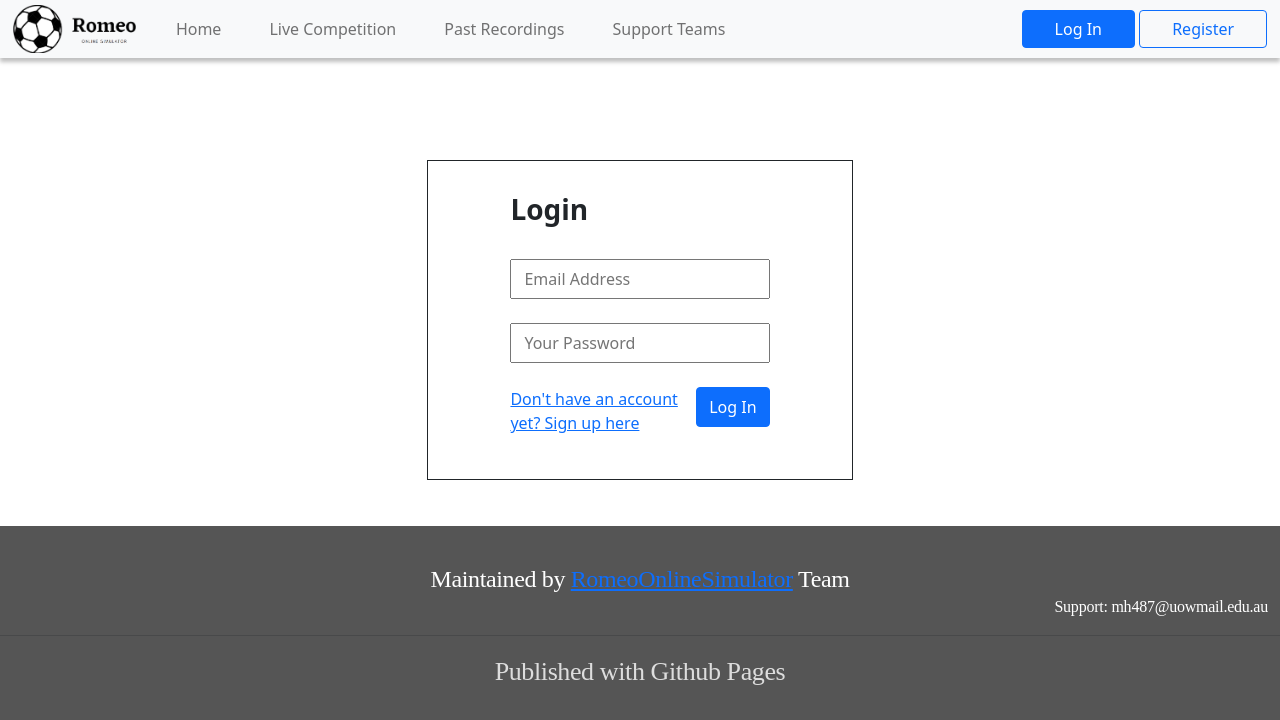
Repository: romeoonlinesim/romeoonlinesim.github.io
Page: login.html
The author's editor kept a copy of each file at every save. The page is drawn from the files as they stood at one save, then again after the next save.
The browser window is 1280 px wide. The pictures show the whole page.

Above is the page before, as saved 2021-05-19 16:15:23.

### login.html
<!DOCTYPE html>
<html>
<head>
    <meta content="text/html;charset=utf-8" http-equiv="Content-Type">
    <meta content="utf-8" http-equiv="encoding">

    <!-- Bootstrap 5 link -->
    <link href="https://cdn.jsdelivr.net/npm/bootstrap@5.0.1/dist/css/bootstrap.min.css" rel="stylesheet" integrity="sha384-+0n0xVW2eSR5OomGNYDnhzAbDsOXxcvSN1TPprVMTNDbiYZCxYbOOl7+AMvyTG2x" crossorigin="anonymous">
    <!-- CSS Styling -->
    <style>
        .navbar {
            padding-left:1%;
            padding-right:1%;
            padding-top: 0%;
            padding-bottom:0%;
            box-shadow: 0px 4px 4px rgba(0, 0, 0, 0.25);
        }

        .navbar-nav > li{
            padding-left:16px;
            padding-right:16px;
        }

        .navbar-right > a {
            padding-left:32px;
            padding-right:32px;
        }

        #logo {
            max-height: 3rem;
            width:auto;
        }

        .background-img {
            max-width: 100%;
            height: auto;
        }

        .text {
            align-items: center;
            display:grid;
            grid-row-gap: 0%;
        }

        h3 {
            font-weight: bold;
        }

        .para {
            font-family: Montserrat;
            font-style: normal;
            font-weight: normal;
            font-size: 32px;
            line-height: 50px;
            margin-bottom: 0%;
            /* or 139% */

            letter-spacing: -0.015em;

            color: rgba(0, 0, 0, 0.8);
        }

        .row {
            padding-bottom: 3%;
        }

        .no-padding {
            padding-bottom: 1%;
        }

        .footer {
            background: #555555;
            max-height: min-content;
            position: absolute;
            bottom: 0;
            width: 100%;
        }

        .support-text {

            font-family: Comfortaa;
            font-style: normal;
            font-weight: normal;
            font-size: 24px;
            line-height: 32px;

            align-items: center;
            text-align: center;
            letter-spacing: -0.015em;

            color: #FFFFFF;
            padding-bottom: 0%;
            margin-bottom: 0%;
        }

        .support-email {
            font-family: Comfortaa;
            font-style: normal;
            font-weight: normal;
            font-size: 16px;
            align-items: center;
            text-align: right;
            letter-spacing: -0.015em;

            color: #FFFFFF;
        }

        .github-text {
            font-family: Montserrat;
            font-style: normal;
            font-weight: normal;
            font-size: 26px;

            text-align: center;
            letter-spacing: -0.015em;

            color: rgba(255, 255, 255, 0.8);
        }



        .passwordInput{
            margin-top: 5%;
            text-align :center;
        }

        .no-display{
            display: none;
        }

        .container {
            border-style:solid;
            border-width: 1px;
            margin-top:8%;
        }

        #box {
            width:600px;
            position:absolute;
            top: 50%;
            left: 50%;
            transform: translate(-50%, -50%);

        }

        .box {
            justify-content: space-between;
        }

        input {
            height: 2.5rem;
        }

        .input-name {
            width: 45%;
            text-indent: 10px;
        }

        .input-others {
            width: 100%;
            text-indent: 10px;
        }

        .already {
            display: table;
            flex-grow: 1;
        }

        meter {/* Reset the default appearance */
            -webkit-appearance: none;
            -moz-appearance: none;
            appearance: none;

            margin: 0 auto 1em;
            width: 100%;
            height: .5em;

            /* Applicable only to Firefox */
            background: none;
            background-color: rgba(0,0,0,0.1);
        }

        meter::-webkit-meter-bar {
            background: none;
            background-color: rgba(0,0,0,0.1);
        }

        meter[value="1"]::-webkit-meter-optimum-value { background: red; }
        meter[value="2"]::-webkit-meter-optimum-value { background: yellow; }
        meter[value="3"]::-webkit-meter-optimum-value { background: orange; }
        meter[value="4"]::-webkit-meter-optimum-value { background: green; }

        meter[value="1"]::-moz-meter-bar { background: red; }
        meter[value="2"]::-moz-meter-bar { background: yellow; }
        meter[value="3"]::-moz-meter-bar { background: orange; }
        meter[value="4"]::-moz-meter-bar { background: green; }
    </style>


</head>
<body>
    <!--div class="d-flex text-danger justify-content-center">
        <h4 style="margin-top: 10%; text-align :center">
            Password Strength Checker
        </h4>
        <br />
        <input type="password" placeholder="Type your password" id="Pass" class="form-control passwordInput">
        <br />
        <span id="strengthDisp" class="badge displayBadge">Weak</span>
        <br />
    </div-->

    <div class="navbar navbar-expand-lg navbar-light bg-light">
        <a href="#default" class = "navbar-brand">
            <img id="logo" src="img/logo-romeo-header.png">
        </a>
        <div class="collapse navbar-collapse" id="navbarSupportedContent">
            <ul class="navbar-nav mr-auto">
                <li class="nav-item">
                    <a class="nav-link" href="index.html">Home</a>
                </li>
                <li class="nav-item">
                    <a class="nav-link" href="#livecompetition">Live Competition</a>
                </li>
                <li class="nav-item">
                    <a class="nav-link" href="#recording">Past Recordings</a>
                </li>
                <li class="nav-item">
                    <a class="nav-link" href="teams.html">Support Teams</a>
                </li>
            </ul>
        </div>
        <div class="navbar-right">
            <a href="login.html" class="btn btn-primary">Log In</a>
            <a href="register.html" class="btn btn-outline-primary">Register</a>
        </div>
    </div>

    <div class="container col-lg-4">
        <div class="row p-3"></div>
        <div class="row">
            <div class="col-lg-2"></div>
            <div class="col-lg-8">
                <h3 class="pb-4">Login</h3>
                <div class="pb-4">
                    <input type="text" class="input-others" name="email" placeholder="Email Address" />
                </div>
                <div class="pb-4">
                    <input id="password" type="password" class="input-others" name="password" placeholder="Your Password" />
                </div>
                <div class="d-flex">
                    <div class="already">
                        <a style="vertical-align: middle; display:table-cell;" href="register.html">Don't have an account yet? Sign up here</a>
                    </div>
                    <input type="button" class="btn btn-primary" value="Log In" />
                </div>

            </div>
            <div class="col-lg-2"></div>
        </div>
        <div class="row p-3"></div>
    </div>
    </div>

    <div class="footer">
        <div class="container-fluid">
            <div class="row"></div>
            <div class="no-padding row">
                <p class="support-text">Maintained by <a href="#">RomeoOnlineSimulator</a> Team</p>
                <p class="support-email ml-auto">Support: mh487@uowmail.edu.au </p>
                <hr>
                <p class="github-text">Published with Github Pages</p>
            </div>
        </div>
    </div>
</body>
</html>

After the next save:
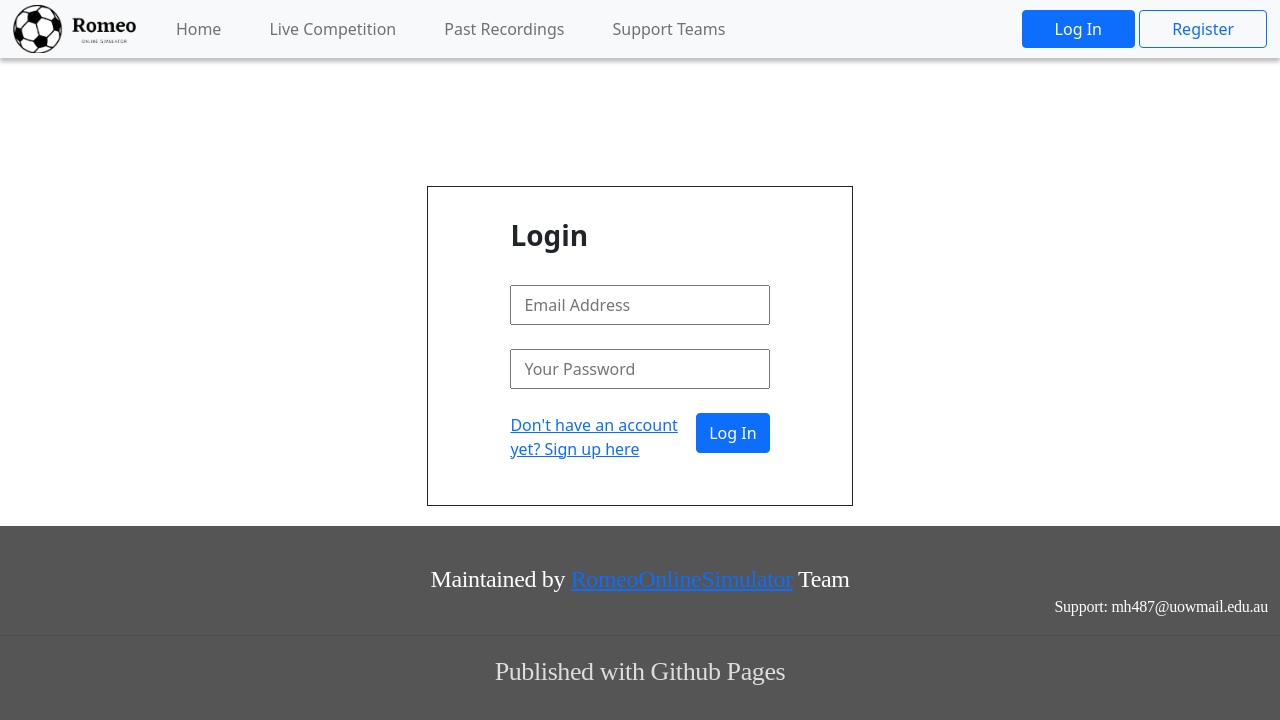
Saved 34 s later.
--- a/login.html
+++ b/login.html
@@ -131,7 +131,7 @@
         .container {
             border-style:solid;
             border-width: 1px;
-            margin-top:8%;
+            margin-top:10%;
         }
 
         #box {
